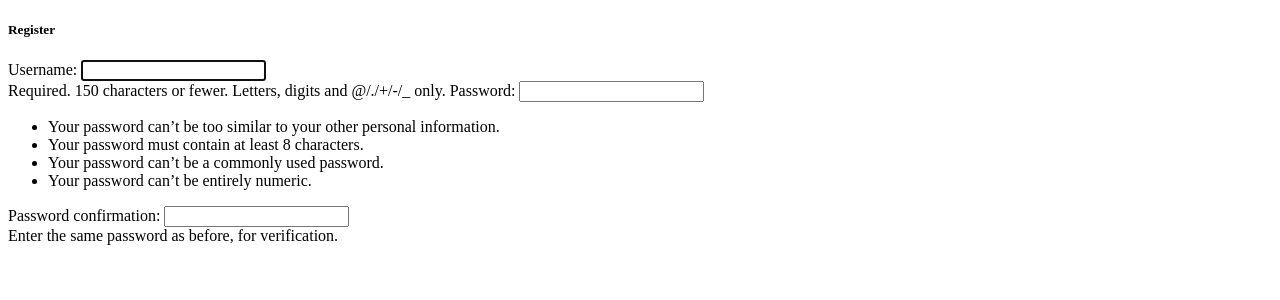
Repository: dvnam1401/Experience-with-Python
Page: http://localhost/register/
An editor plug-in stored every save of this project. The page is shown before and after the next save, followed by the edit.
The browser window is 1280 px wide. The pictures show the whole page.
The page is served by the project's application, run on Django 4.2 (webbanhang/manage.py).

Above is the page before, as saved 2023-09-14 00:19:24.

After the next save:
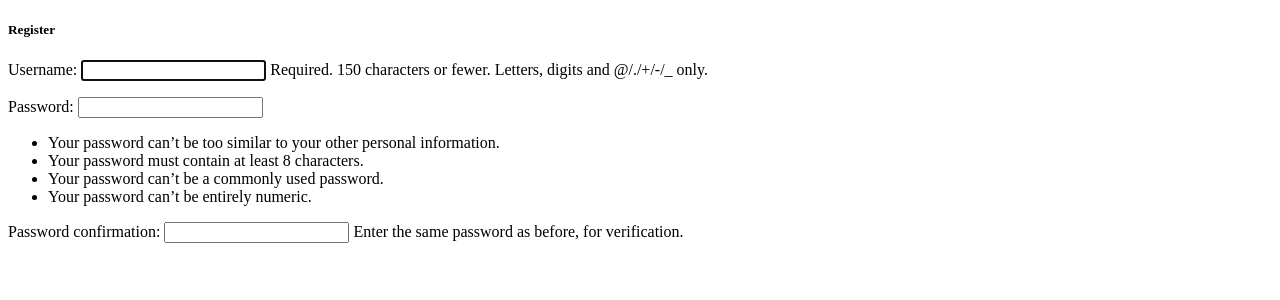
Saved 34 s later.
--- a/webbanhang/app/templates/app/register.html
+++ b/webbanhang/app/templates/app/register.html
@@ -11,7 +11,7 @@
   </head>
   <body>
     <h5>Register</h5>
-    <form method="POST" action="">{{form}}</form>
+    <form method="POST" action="">{{form.as_p}}</form>
     <script src="" async defer></script>
   </body>
 </html>
